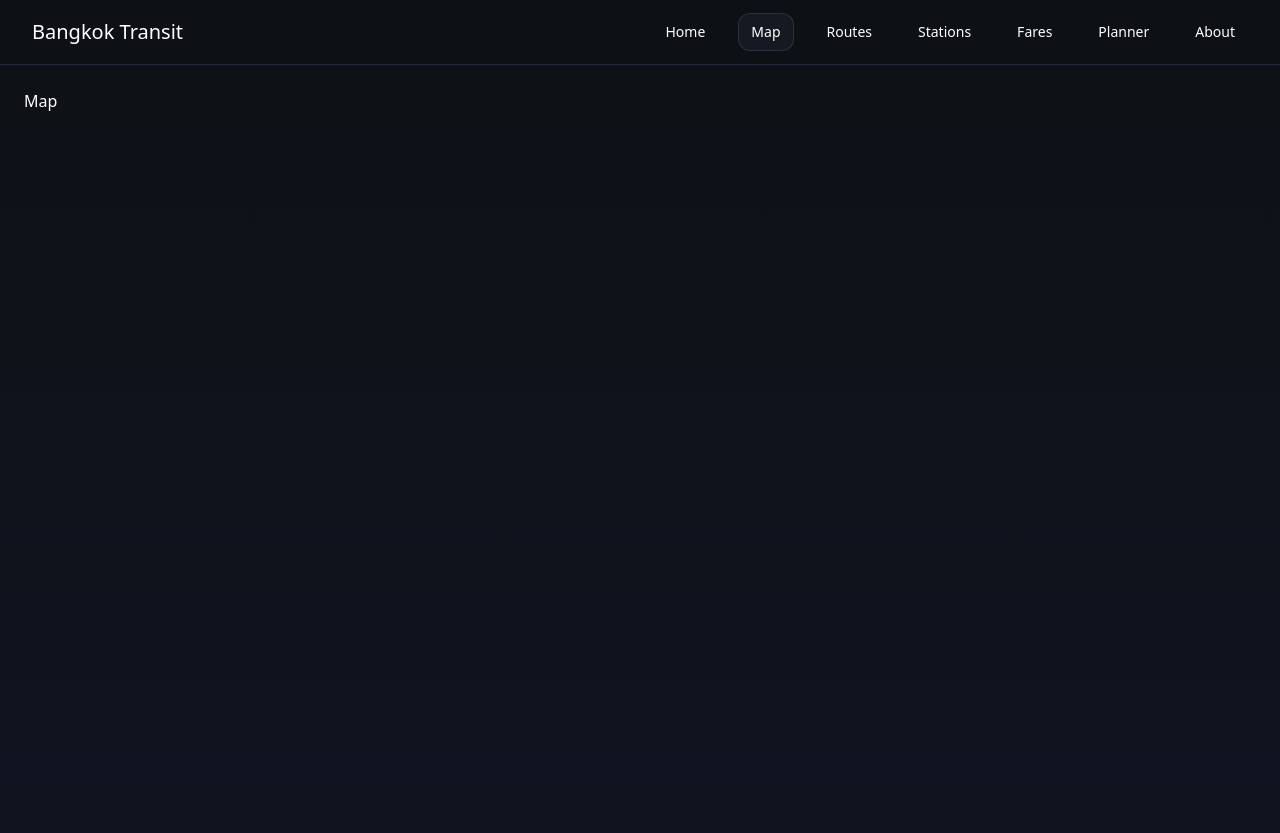
Repository: pyaestk/Bangkok-transit-map
Page: /map
The author's editor kept a copy of each file at every save. The page is drawn from the files as they stood at one save, then again after the next save.
The browser window is 1280 px wide. The pictures show the whole page.
The project was rebuilt for these pictures with package versions that can differ from the ones it lists, and the page was loaded fresh each time. Also part of the build but not shown: vite.config.ts, src/pages/Home.tsx, src/pages/Planner.tsx, src/pages/Stations.tsx, src/pages/TrainRoutes.tsx, src/pages/Fares.tsx, src/pages/About.tsx.

Above is the page before, as saved 2025-10-04 09:53:43.

After the next save:
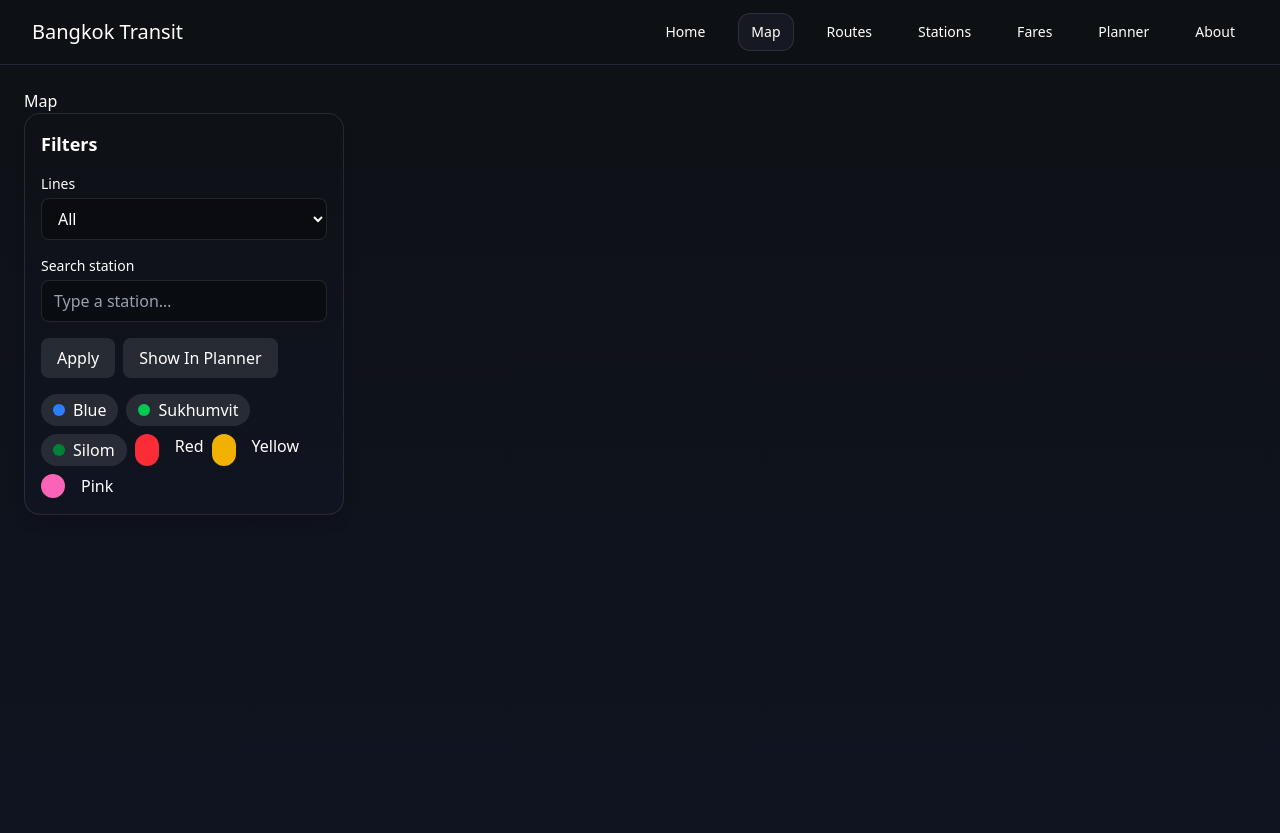
Saved 8 s later.
--- a/src/pages/Map.tsx
+++ b/src/pages/Map.tsx
@@ -4,7 +4,7 @@ export default function Map() {
   return (
     <div className="min-h-screen">
       <h1 className="text-white">Map</h1>
-
+      <FiltersCard/>
     </div>
   )
 }
